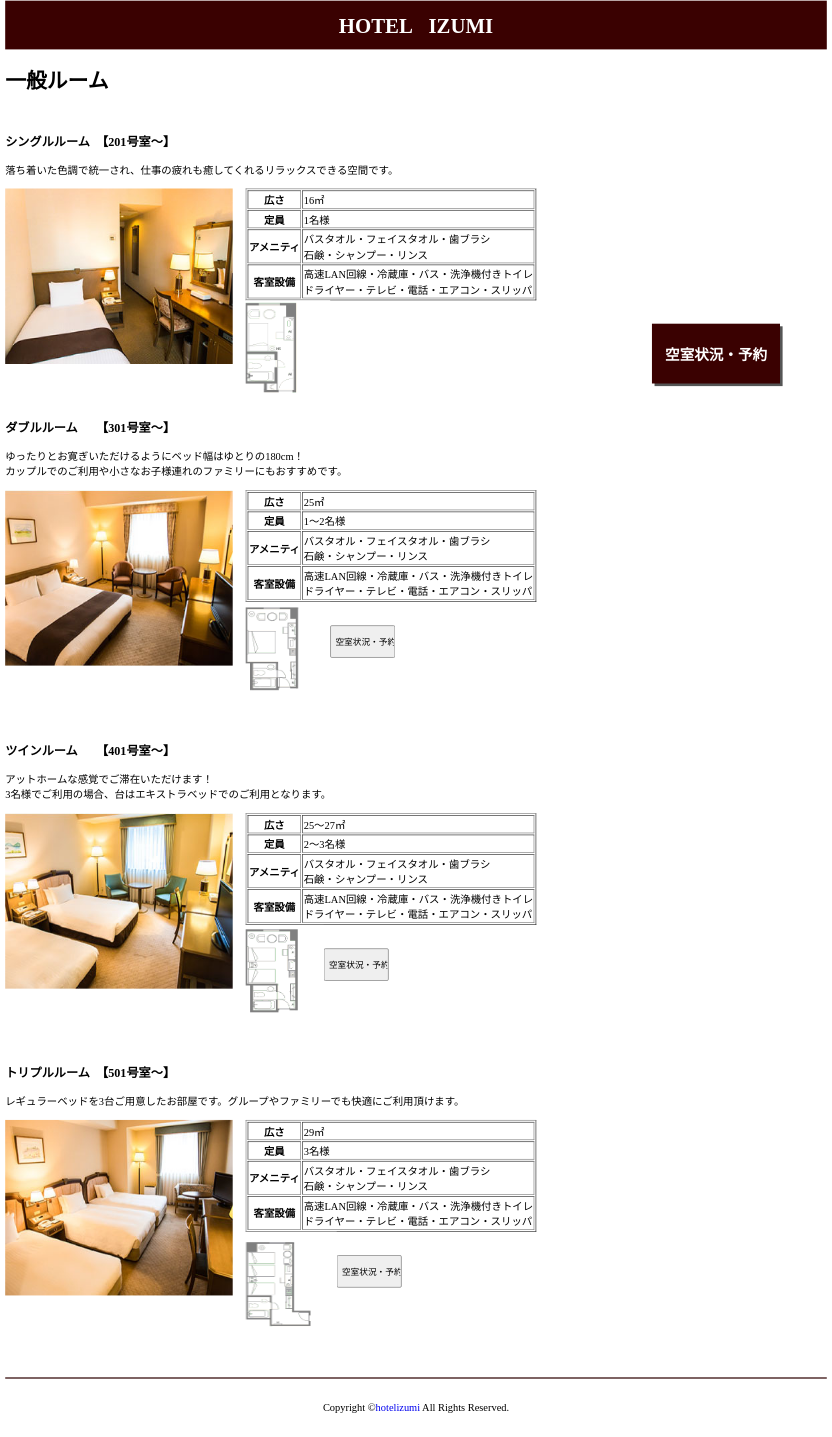
Repository: sep-dev/hotel_site
Page: http://localhost/HOTEL_IZUMI/general
These files come from the project's save history. The page is drawn as it stood at one moment and after the next save; the edit follows.
The browser window is 1280 px wide. The pictures show the whole page, at 65% of full size.
The page is served by Tomcat 9. Other server files are loaded and not shown.

Above is the page before, as saved 2016-05-25 04:50:53.

### HOTEL_IZUMI/src/main/webapp/WEB-INF/views/general.jsp
<!DOCTYPE html>
<%@ page language="java" contentType="text/html; charset=UTF-8" pageEncoding="UTF-8"%>
<%@ taglib prefix="form" uri="http://www.springframework.org/tags/form" %>
<!--  http://www.aspen-hotel.co.jp/room/ を参考   -->
<html>
  <head>
    <meta http-equiv="Content-Type" content="text/html; charset=Shift_JIS">
    <title>客室のご案内</title>
    <style type="text/css">
      div.example img {
        margin: 0px 20px 0px 0px;
      }
      <%@include file="../css/style.css" %>
    </style>
  </head>
  <body>
   <form>
    <div id="header">
      <div id="header h1"><h1><a HREF="http://localhost:8080/Izumi/top" STYLE="text-decoration:none"><font color="#FFFFFF">HOTEL&nbsp;&nbsp;&nbsp;IZUMI</font></a></h1></div>
    </div>


      <h1>一般ルーム</h1><br>
      <h3>シングルルーム　【201号室～】</h3>
      落ち着いた色調で統一され、仕事の疲れも癒してくれるリラックスできる空間です。<br><br>
      <div class="example">
        <img src="./resources/picture/ph01.jpg" alt="サンプル図" width="350" height="270"  align="left" >
      </div>
      <table border="1" >
        <tr>
          <th>広さ</th>
          <td>16㎡</td>
        </tr>
        <tr>
          <th>定員</th>
          <td>1名様</td>
        </tr>
        <tr>
          <th rowspan="2">アメニティ</th>
          <td rowspan="2">バスタオル・フェイスタオル・歯ブラシ<br>石鹸・シャンプー・リンス</td>
        </tr>
        <tr>
        </tr>
        <tr>
          <th rowspan="2">客室設備</th>
          <td rowspan="2">高速LAN回線・冷蔵庫・バス・洗浄機付きトイレ<br>ドライヤー・テレビ・電話・エアコン・スリッパ</td>
        </tr>
        <tr>
        </tr>
      </table>

      <img src="./resources/picture/ph01_shw1.png" alt="間取り図" width="130" height="146" align="left" ><br><br>

      <button class="button2" type="submit" style="position: absolute; right: 80px;">空室状況・予約</button><br><br><br><br><br><br><br>

      <h3>ダブルルーム　　【301号室～】</h3>
      ゆったりとお寛ぎいただけるようにベッド幅はゆとりの180cm！<br>カップルでのご利用や小さなお子様連れのファミリーにもおすすめです。<br><br>
      <div class="example">
        <img src="./resources/picture/ph04.jpg" alt="サンプル図" width="350" height="270"  align="left" >
      </div>
      <table border="1" >
        <tr>
          <th>広さ</th>
          <td>25㎡</td>
        </tr>
        <tr>
          <th>定員</th>
          <td>1～2名様</td>
        </tr>
        <tr>
          <th rowspan="2">アメニティ</th>
          <td rowspan="2">バスタオル・フェイスタオル・歯ブラシ<br>石鹸・シャンプー・リンス</td>
        </tr>
        <tr>
        </tr>
        <tr>
          <th rowspan="2">客室設備</th>
          <td rowspan="2">高速LAN回線・冷蔵庫・バス・洗浄機付きトイレ<br>ドライヤー・テレビ・電話・エアコン・スリッパ</td>
        </tr>
         <tr>
         </tr>
       </table>

       <img src="./resources/picture/ph04_shw1.png" alt="間取り図" width="130" height="146" align="left" ><br><br>

       <input type="submit" value="空室状況・予約" style="width:100px; height:50px" onClick=location.href="file:///C:/Users/urawakikosuke/Desktop/hotel/calender.html"><br><br><br><br><br><br><br>

       <h3>ツインルーム　　【401号室～】</h3>
       アットホームな感覚でご滞在いただけます！<br>3名様でご利用の場合、台はエキストラベッドでのご利用となります。<br><br>

       <div class="example">
         <img src="./resources/picture/ph06.jpg" alt="サンプル図" width="350" height="270"  align="left" >
       </div>
       <table border="1" >
         <tr>
           <th>広さ</th>
           <td>25～27㎡</td>
         </tr>
         <tr>
           <th>定員</th>
           <td>2～3名様</td>
         </tr>
         <tr>
            <th rowspan="2">アメニティ</th>
            <td rowspan="2">バスタオル・フェイスタオル・歯ブラシ<br>石鹸・シャンプー・リンス</td>
          </tr>
          <tr>
          </tr>
          <tr>
            <th rowspan="2">客室設備</th>
            <td rowspan="2">高速LAN回線・冷蔵庫・バス・洗浄機付きトイレ<br>ドライヤー・テレビ・電話・エアコン・スリッパ</td>
           </tr>
           <tr>
         </tr>
       </table>

        <img src="./resources/picture/ph06_shw1.png" alt="間取り図" width="120" height="146" align="left" >
        <br><br>

        <input type="submit" value="空室状況・予約" style="width:100px; height:50px" onClick=location.href="file:///C:/Users/urawakikosuke/Desktop/hotel/calender.html"><br><br><br><br><br><br><br>

        <h3>トリプルルーム　【501号室～】</h3>
        レギュラーベッドを3台ご用意したお部屋です。グループやファミリーでも快適にご利用頂けます。<br><br>
        <div class="example">
          <img src="./resources/picture/ph07.jpg" alt="サンプル図" width="350" height="270"  align="left" >
        </div>
        <table border="1" >
          <tr>
            <th>広さ</th>
            <td>29㎡</td>
          </tr>
          <tr>
            <th>定員</th>
            <td>3名様</td>
          </tr>
          <tr>
            <th rowspan="2">アメニティ</th>
            <td rowspan="2">バスタオル・フェイスタオル・歯ブラシ<br>石鹸・シャンプー・リンス</td>
          </tr>
          <tr>
          </tr>
          <tr>
            <th rowspan="2">客室設備</th>
            <td rowspan="2">高速LAN回線・冷蔵庫・バス・洗浄機付きトイレ<br>ドライヤー・テレビ・電話・エアコン・スリッパ</td>
          </tr>
          <tr>
          </tr>
        </table>

        <img src="./resources/picture/ph07_shw1.png" alt="間取り図" width="140" height="146" align="left" ><br><br>

        <input type="submit" value="空室状況・予約" style="width:100px; height:50px" onClick=location.href="file:///C:/Users/urawakikosuke/Desktop/hotel/calender.html"><br><br><br><br><br><br><br>


        <div id="footer">
          <p id="copyright">Copyright &copy;<a href="http://hotelizumi.com">hotelizumi</a> All Rights Reserved.</p>
        </div>
    </form>
  </body>
</html>

### HOTEL_IZUMI/src/main/webapp/WEB-INF/views/common/header.jsp
<%@ taglib uri="http://java.sun.com/jsp/jstl/core" prefix="c" %>
<%@ taglib prefix="form" uri="http://www.springframework.org/tags/form"%>
<%@page language="java" contentType="text/html; charset=UTF-8" pageEncoding="UTF-8"%>
<%@ page contentType="text/html; charset=UTF-8"%>

### HOTEL_IZUMI/src/main/webapp/WEB-INF/css/style.css
html{
    margin: 0;
    margin-top:-20px;
    padding: 0;
    width:100%;
    height:100%;
}
.top{
	display:block;
	margin-left:auto;
	margin-right:auto;
}

#contents {
    top : 0px;
    padding : 10px;
    margin : 10px;
    text-align : center;
}

#contents img{
    padding-bottom:10px;
}

#contents button {
    font-size: 1.4em;
    font-weight: bold;
    padding: 10px 30px;
    background-color: #200;
    color: #ffffff;
    border-style: none;
}

#table{
    border:0;
    background-color:#CCCCCC;
    font-size:24px;
    color:#666666;
    width:200px;
}

#table3{
    border:0;
    background-color:#CCCCCC;
    font-size:24px;
    color:#666666;
    width:200px;
}

/*--------calender----------*/
#Sunday{
    text-align:center;
    width:200;
    height:40;
    background-color:#C7D8ED;
    color:#FF3300;
    padding:15px;
}
#MonFri{
    text-align:center;
    width:200;
    background-color:#C7D8ED;
    color:#666666;
    padding:15px;
}
#Saturday{
    text-align:center;
    width:200;
    background-color:#C7D8ED;
    color:#666666;
    padding:15px;
}
#Saturday2{
    text-align:center;
    width:200;
    background-color:#A6C0E1;
    color:#666666;
}
#Sunday2{
    text-align:center;
    height:40;
    background-color:#FFCC99;
    color:#666666;
}
#Weekday{
    text-align:center;
    background-color:#FFFFFF;
    color:#666666;
    width:200;
}
#publicholiday{
    text-align:center;
    background-color:#FF3300;
    color:#FFFFFF;
}
#table2 tr td{
    border:0;
    font-size:24px;
    color:#666666;
    width:400px;
}
#float{
    float:left;
}
/* --------------------------------------*/

#header {
    top: 0px;
    left: 0px;
    height: 75px;
    margin-right: auto;
    margin-left: auto;
    text-align : center;
    background-color : #3A0101;

}
#header h1{
    padding-top: 20px;
    font-family: 'Times New Roman', Times, serif;
 	color:#ffffff;
}


#top{
    font-size: 200%;
}

#oneset{
	padding-top: 10px;
	padding-bottom: 10px;

	border-width: thick;
	border-color: #999AAA;
	border-style: ridge;
}
#name
{
    text-align: center;
	font-size: 150%;
    font-family: 'Segoe UI', Tahoma, Geneva, Verdana, sans-serif;
    font-weight: bold;
    background-color: #999AAA;
    font-family: 'Times New Roman', Times, serif;

}
#message{
	color: #000000;
    padding-left: 300px;
	font-size: 150%;

	text-align: left; margin-left: 100px; margin-right: 0px; width: 1000px;
}


/*---------入力フォーム----------*/

#reservation{

    padding-top: 20px;
    margin-bottom:50px;
    font-family: 'Times New Roman', Times, serif;
 	color:#000000;
}

#form{
    margin-top:30px

}


button.button2 {
    float:right;
    font-size: 1.4em;
    font-weight: bold;
    padding: 30px 20px;
    background-color: #3A0101;
    color: #ffffff;
    border-style: none;
    font-family: 'Times New Roman', Times, serif;
    box-shadow:4px 4px #555;
}

/*
footer ------------------------------------------------------*/

#footer {
    margin-top:30px;
    border-top:2px solid #3A1010;
    padding-top:20px;
    padding-bottom:20px;
}

#footer p{
    text-align:center;
}
#footer p a{
    text-decoration: none;
}
#footborder hr{
    border-color:#3A1010;
    border-width:1px;
}

After the next save:
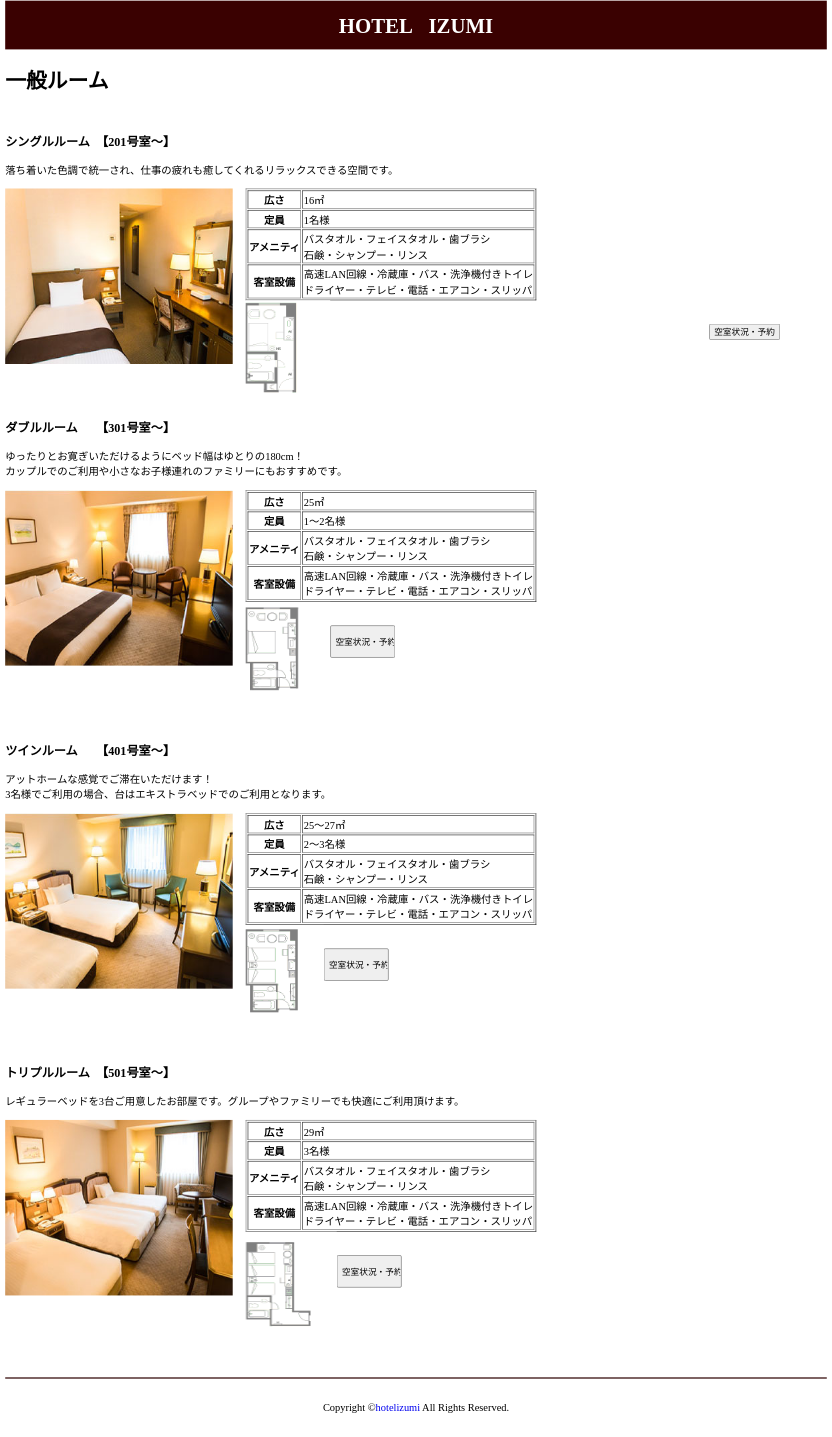
Saved 59 s later.
--- a/HOTEL_IZUMI/src/main/webapp/WEB-INF/views/general.jsp
+++ b/HOTEL_IZUMI/src/main/webapp/WEB-INF/views/general.jsp
@@ -51,7 +51,7 @@
 
       <img src="./resources/picture/ph01_shw1.png" alt="間取り図" width="130" height="146" align="left" ><br><br>
 
-      <button class="button2" type="submit" style="position: absolute; right: 80px;">空室状況・予約</button><br><br><br><br><br><br><br>
+      <button class="button" type="submit" style="position: absolute; right: 80px;">空室状況・予約</button><br><br><br><br><br><br><br>
 
       <h3>ダブルルーム　　【301号室～】</h3>
       ゆったりとお寛ぎいただけるようにベッド幅はゆとりの180cm！<br>カップルでのご利用や小さなお子様連れのファミリーにもおすすめです。<br><br>
